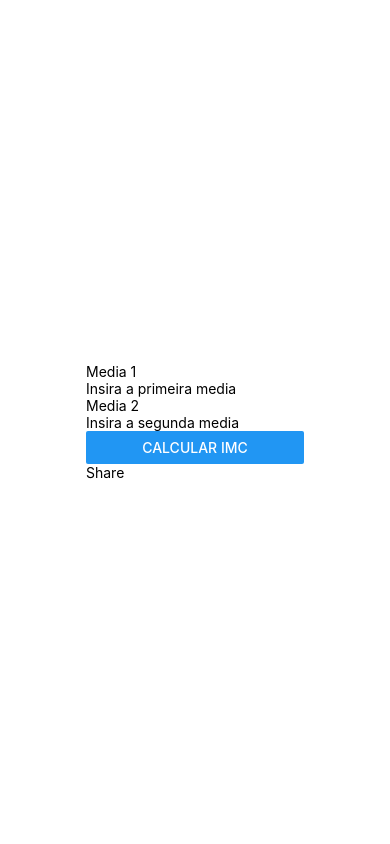
Repository: brksaian/Desenvolvimento_Mobile
Screen: / (app in Trabalhos/calculadoraMedia/)
These files come from the project's save history. The screen is drawn as it stood at one moment and after the next save; the edit follows.
The app was drawn by React Native's web renderer in a window 390 px wide. The project was rebuilt for these pictures with package versions that can differ from the ones it lists, and the page was loaded fresh each time. Some packages were replaced by stand-ins written for this rebuild.

Above is the screen before, as saved 2023-08-20 19:41:56.

### Trabalhos/calculadoraMedia/App.js
import { StatusBar } from "expo-status-bar";
import React from "react";
import { StyleSheet, Text, View } from "react-native";
import Main from "./src/components/main";

export default function App() {
  return (
    <View style={styles.container}>
      <Main />
      <StatusBar style="auto" />
    </View>
  );
}

const styles = StyleSheet.create({
  container: {
    flex: 1,
    backgroundColor: "#fff",
    alignItems: "center",
    justifyContent: "center",
  },
});

### Trabalhos/calculadoraMedia/src/components/main/index.js
import React from "react";
import { View } from "react-native";
import Form from "../title";
import ResultMedia from "../result";

export default function Main() {
  return (
    <View>
      <Form />
    </View>
  );
}

### Trabalhos/calculadoraMedia/src/components/title/index.js
import React, { useEffect, useRef, useState } from "react";
import {
  FlatList,
  Keyboard,
  Pressable,
  Text,
  TextInput,
  TouchableOpacity,
  Vibration,
  View,
  Button,
} from "react-native";

import ResultImc from "../result";

export default function Form() {
  const [media_1, setMedia_1] = useState(null);
  const [media_2, setMedia_2] = useState(null);
  const [imc, setImc] = useState(null);
  const [imcList, setImcList] = useState([]);

  function imcCalculator() {
    let media_1Format = media_1.replace(",", ".");
    let mediaFinal = (media_2 / (media_1 * media_1Format)).toFixed(2);
    const miliSeconds = new Date().getTime();
    setImc(mediaFinal);
  }

  function validationImc() {
    if (!media_2 !== null && media_1 !== null) {
      imcCalculator();
      resetInput();
    } else {
      verificationImc();
      setImc(null);
    }
  }

  function resetInput() {
    setMedia_1(null);
    setMedia_2(null);
  }

  return (
    <View>
      <Text>Media 1</Text>
      <TextInput
        value={media_1}
        keyboardType="numeric"
        placeholder="Insira a primeira media"
        onChangeText={setMedia_1}
      />
      <Text>Media 2</Text>
      <TextInput
        value={media_2}
        keyboardType="numeric"
        placeholder="Insira a segunda media"
        onChangeText={setMedia_2}
      />
      <Button title="Calcular IMC" onPress={() => validationImc()} />
      <ResultImc messageResultImc={imc} />
    </View>
  );
}

### Trabalhos/calculadoraMedia/src/components/result/index.js
import React from "react";
import { View, Text, TouchableOpacity, Share } from "react-native";

export default function ResultImc(props) {
  const onShare = async () => {
    const result = await Share.share({
      message: `Meu imc hoje é: ${props.resultImc}`,
    });
    return result;
  };

  return (
    <View>
      <View>
        <Text>{props.message}</Text>

        <Text>{props.resultImc}</Text>

        <TouchableOpacity onPress={() => onShare()}>
          <Text>Share</Text>
        </TouchableOpacity>
      </View>
    </View>
  );
}

Loaded but not shown: Trabalhos/calculadoraMedia/index.js (common file)

After the next save:
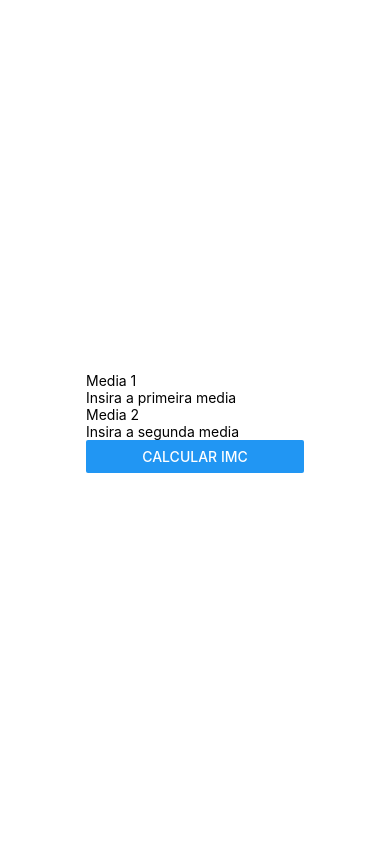
Saved 58 s later.
--- a/Trabalhos/calculadoraMedia/src/components/result/index.js
+++ b/Trabalhos/calculadoraMedia/src/components/result/index.js
@@ -2,24 +2,11 @@ import React from "react";
 import { View, Text, TouchableOpacity, Share } from "react-native";
 
 export default function ResultImc(props) {
-  const onShare = async () => {
-    const result = await Share.share({
-      message: `Meu imc hoje é: ${props.resultImc}`,
-    });
-    return result;
-  };
-
   return (
     <View>
-      <View>
-        <Text>{props.message}</Text>
-
-        <Text>{props.resultImc}</Text>
-
-        <TouchableOpacity onPress={() => onShare()}>
-          <Text>Share</Text>
-        </TouchableOpacity>
-      </View>
+      <Text style={{ fontSize: 20, fontWeight: "bold", textAlign: "center" }}>
+        {props.imc}
+      </Text>
     </View>
   );
 }
